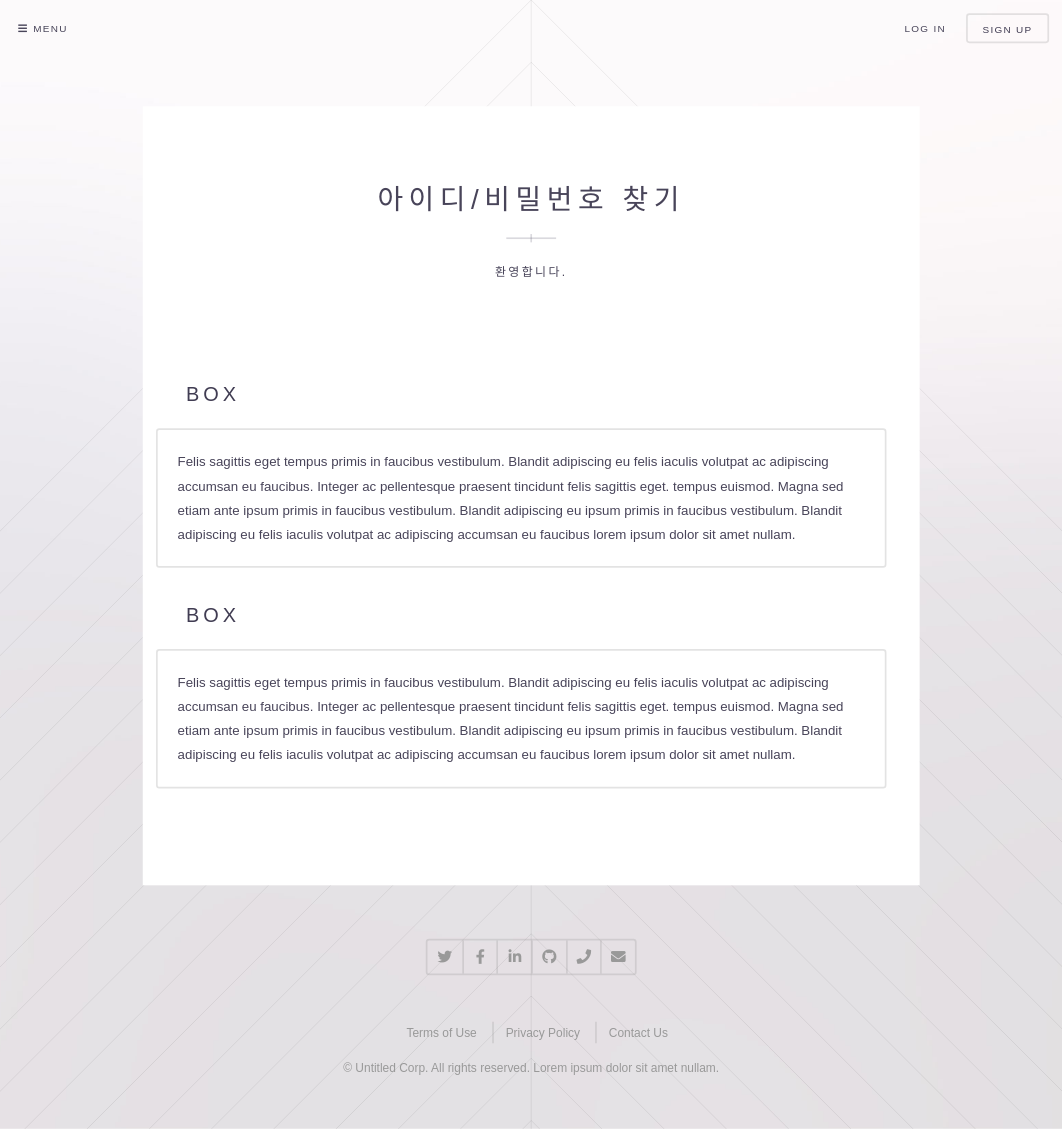
Repository: WKMoon/JavaScript-Project
Page: myFront/WebContent/find.html
These files come from the project's save history. The page is drawn as it stood at one moment and after the next save; the edit follows.
The browser window is 1280 px wide. The pictures show the whole page, at 83% of full size.
Some web fonts or font styles are not loaded; a fallback is used.

Above is the page before, as saved 2021-02-25 08:06:22.

After the next save:
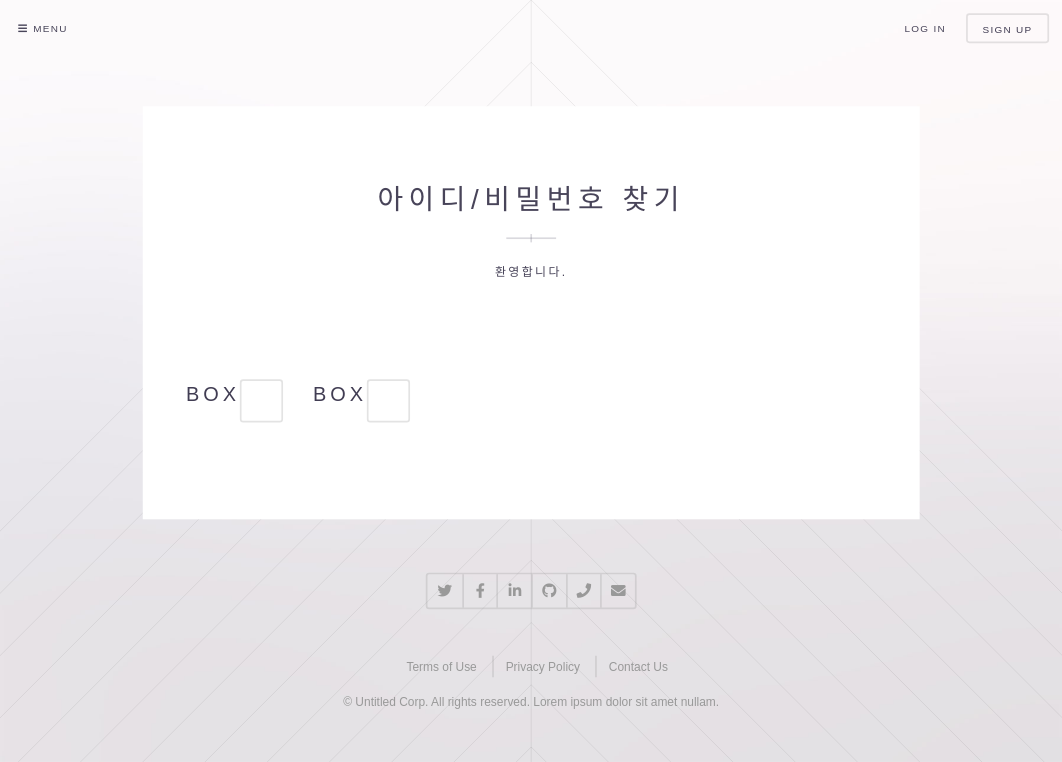
Saved 12 s later.
--- a/myFront/WebContent/find.html
+++ b/myFront/WebContent/find.html
@@ -45,12 +45,10 @@
 											<div class="row">
 												<h3>Box</h3>
 										<div class="box" style="display:inline">
-											<p>Felis sagittis eget tempus primis in faucibus vestibulum. Blandit adipiscing eu felis iaculis volutpat ac adipiscing accumsan eu faucibus. Integer ac pellentesque praesent tincidunt felis sagittis eget. tempus euismod. Magna sed etiam ante ipsum primis in faucibus vestibulum. Blandit adipiscing eu ipsum primis in faucibus vestibulum. Blandit adipiscing eu felis iaculis volutpat ac adipiscing accumsan eu faucibus lorem ipsum dolor sit amet nullam.</p>
 										</div>
 
 										<h3>Box</h3>
 										<div class="box">
-											<p>Felis sagittis eget tempus primis in faucibus vestibulum. Blandit adipiscing eu felis iaculis volutpat ac adipiscing accumsan eu faucibus. Integer ac pellentesque praesent tincidunt felis sagittis eget. tempus euismod. Magna sed etiam ante ipsum primis in faucibus vestibulum. Blandit adipiscing eu ipsum primis in faucibus vestibulum. Blandit adipiscing eu felis iaculis volutpat ac adipiscing accumsan eu faucibus lorem ipsum dolor sit amet nullam.</p>
 										</div>
 											</div>
 										</form>
